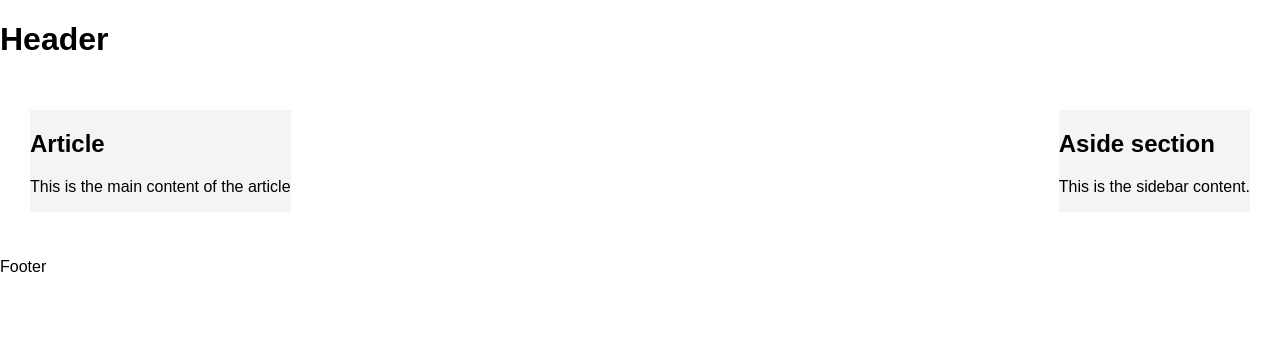
Repository: RishabhModi2899/Repo_Marlabs
Page: index.html
The author's editor kept a copy of each file at every save. The page is drawn from the files as they stood at one save, then again after a run of saves.
The browser window is 1280 px wide. The pictures show the whole page.

Above is the page before, as saved 2024-07-31 11:31:51.

After the next 3 saves:
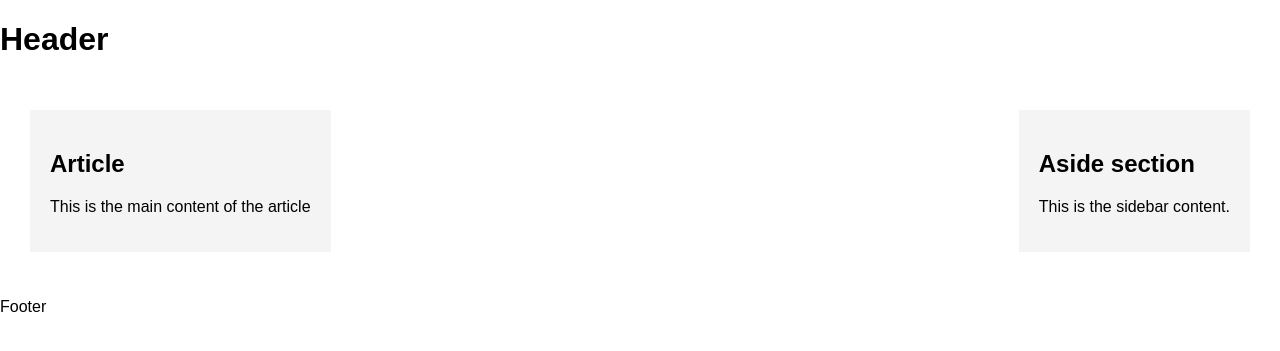
The 3 saves are shown as one change because they came seconds apart.
The last was saved 9 s later.
--- a/styles.css
+++ b/styles.css
@@ -15,5 +15,6 @@ body {
 article, aside {
     background-color: #f4f4f4;
     margin: 10px;
-    padding: 10;
+    padding: 20px;
+    border
 }
